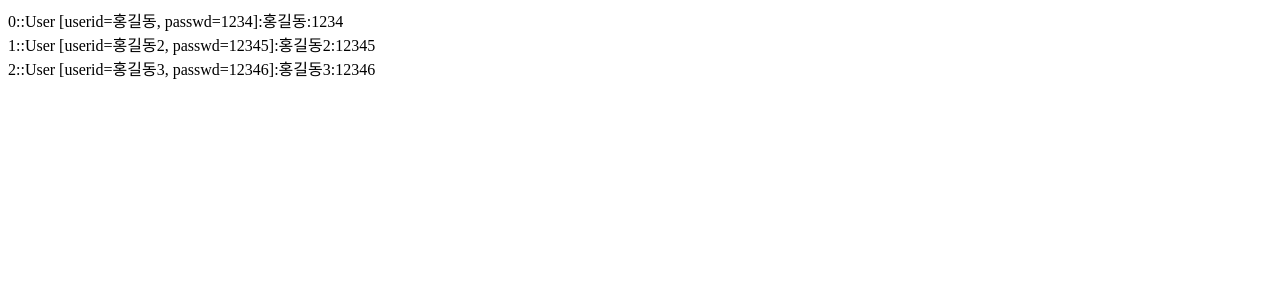
Repository: beom2pm/ds_edu_springFramework
Page: http://localhost/02Day_web4_Model처리1_ModelAndView/list3
An editor plug-in stored every save of this project. The page is shown before and after the next save, followed by the edit.
The browser window is 1280 px wide. The pictures show the whole page.
The page is served by Tomcat 9. Other server files are loaded and not shown.

Above is the page before, as saved 2021-02-03 07:16:34.

### 02Day_web4_Model처리1_ModelAndView/src/main/webapp/WEB-INF/views/list3.jsp
<%@ page language="java" contentType="text/html; charset=UTF-8"
    pageEncoding="UTF-8"%>
<%@ taglib prefix="c" uri="http://java.sun.com/jsp/jstl/core" %>

<!DOCTYPE html>
<html>
<head>
<meta charset="UTF-8">
<title>Insert title here</title>
</head>
<body>
<c:forEach  var ="m" items="${xyz}" varStatus="status">
${status.index}::${m }:${m.userid }:${m.passwd}<br>
</c:forEach>

</body>
</html>

### 02Day_web4_Model처리1_ModelAndView/src/main/java/com/dto/User.java
package com.dto;

public class User {

	String userid;
	String passwd;

	public User() {
	}

	public User(String userid, String passwd) {
		super();
		this.userid = userid;
		this.passwd = passwd;
	}

	public String getUserid() {
		return userid;
	}

	public void setUserid(String userid) {
		this.userid = userid;
	}

	public String getPasswd() {
		return passwd;
	}

	public void setPasswd(String passwd) {
		this.passwd = passwd;
	}

	@Override
	public String toString() {
		return "User [userid=" + userid + ", passwd=" + passwd + "]";
	}



}

After the next save:
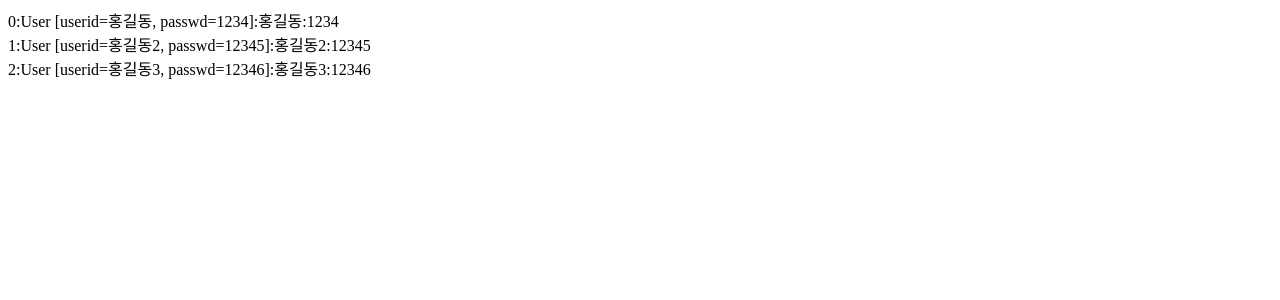
Saved 20 s later.
--- a/02Day_web4_Model처리1_ModelAndView/src/main/webapp/WEB-INF/views/list3.jsp
+++ b/02Day_web4_Model처리1_ModelAndView/src/main/webapp/WEB-INF/views/list3.jsp
@@ -10,7 +10,7 @@
 </head>
 <body>
 <c:forEach  var ="m" items="${xyz}" varStatus="status">
-${status.index}::${m }:${m.userid }:${m.passwd}<br>
+${status.index}:${m}:${m.userid }:${m.passwd}<br>
 </c:forEach>
 
 </body>
